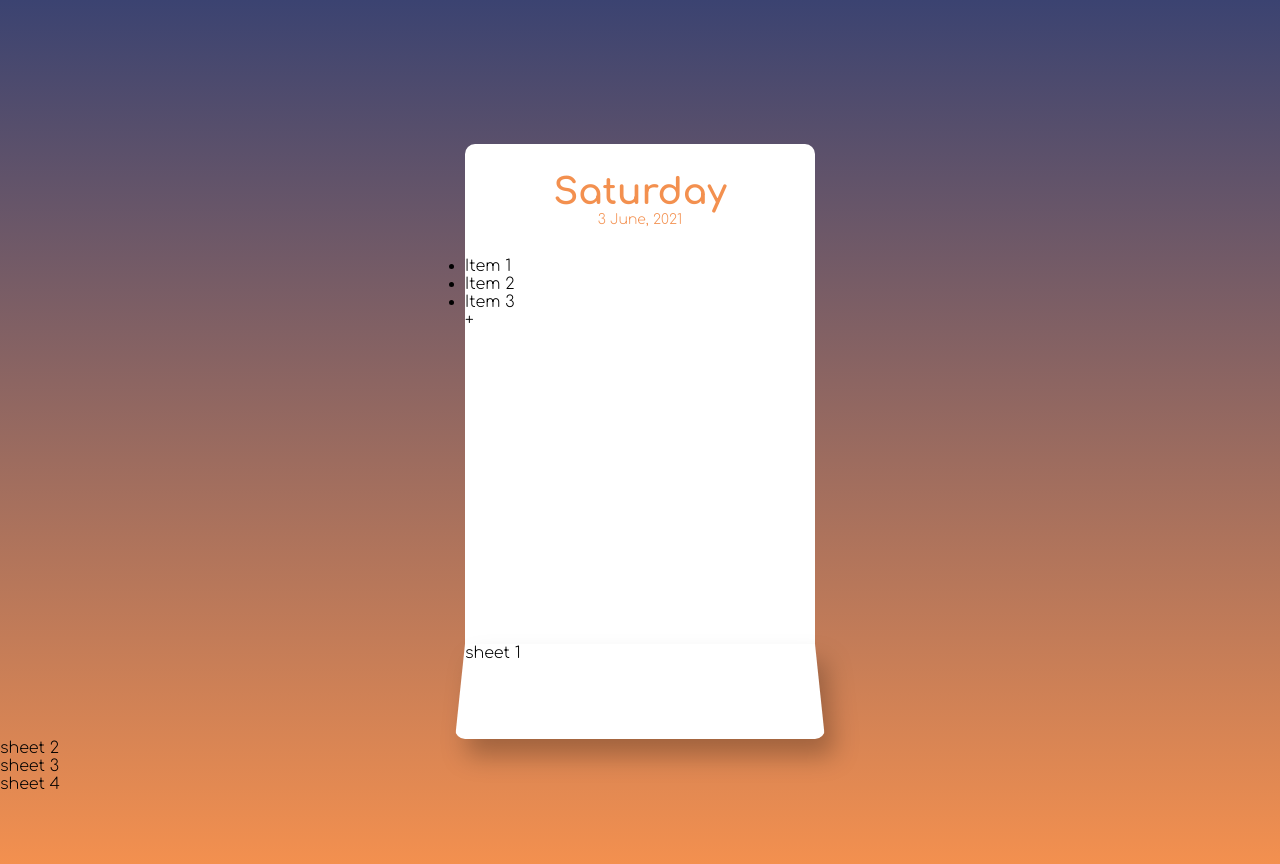
Repository: Colo-Codes/mini-projects
Page: todo-app/index.html
An editor plug-in stored every save of this project. The page is shown before and after the next save, followed by the edit.
The browser window is 1280 px wide. The pictures show the whole page.

Above is the page before, as saved 2021-07-04 11:39:58.

### todo-app/index.html
<!DOCTYPE html>
<html lang="en">
    <head>
        <meta charset="UTF-8" />
        <meta http-equiv="X-UA-Compatible" content="IE=edge" />
        <meta name="viewport" content="width=device-width, initial-scale=1.0" />
        <link rel="stylesheet" href="./css/index.css" />
        <title>Mini-Project - ToDo app</title>
    </head>
    <body>
        <div class="changing-background">
            <main class="todo">
                <section id="todo--header">
                    <header>Saturday</header>
                    <p>3 June, 2021</p>
                </section>
                <section id="todo--tasks-list">
                    <ul>
                        <li class="todo--tasks-list--item">Item 1</li>
                        <li class="todo--tasks-list--item">Item 2</li>
                        <li class="todo--tasks-list--item">Item 3</li>
                    </ul>
                </section>
                <section id="todo--footer">
                    <p>+</p>
                </section>
            </main>
            <div id="sheet-1-3d">sheet 1</div>
            <div id="sheet-2-3d">sheet 2</div>
            <div id="sheet-3-3d">sheet 3</div>
            <div id="sheet-4-3d">sheet 4</div>
        </div>
    </body>
</html>

### todo-app/css/index.css
@import url('https://fonts.googleapis.com/css2?family=Comfortaa:wght@300;700&display=swap');

/* Initial reset */

html {
    box-sizing: border-box;
    font-size: 16px;
}

*,
*:before,
*:after {
    box-sizing: inherit;
    margin: 0;
    padding: 0;
    /*outline: 1px dashed blue; /* Debugging purposes */
}

body {
    font-family: 'Comfortaa', cursive;
    background: #f3904f; /* fallback for old browsers */
    background: -webkit-linear-gradient(
        to bottom,
        #3b4371,
        #f3904f
    ); /* Chrome 10-25, Safari 5.1-6 */
    background: linear-gradient(
        to bottom,
        #3b4371,
        #f3904f
    ); /* W3C, IE 10+/ Edge, Firefox 16+, Chrome 26+, Opera 12+, Safari 7+ */
    background-repeat: no-repeat;
    background-size: cover;
    height: 100vh;
}

.todo {
    margin: auto;
    margin-top: 20vh;
    width: 350px;
    height: 500px;
    background-color: white;
    border-radius: 10px 10px 0 0;
}

#sheet-1-3d {
    width: 370px;
    height: 95px;
    margin: auto;
    border-radius: 0 0 10px 10px;
    /* trapezoidal shape */
    border-bottom: 95px solid white;
    border-left: 10px solid transparent;
    border-right: 10px solid transparent;
    /* height: 0; */
    /* width: 100px; */
    filter: drop-shadow(10px 17px 12px rgba(0, 0, 0, 0.25));
}
#sheet-1-3d::after {
    box-shadow: ;
    color: tomato;
    width: 370px;
    height: 95px;
    margin: auto;
    border-radius: 0 0 10px 10px;
    z-index: 10;
}

#todo--header header {
    padding-top: 1.75rem;
    font-size: 2.25rem;
    font-weight: 700;
    text-align: center;
    color: #f3904f;
}

#todo--header p {
    font-size: 0.875rem;
    text-align: center;
    color: #f3904f;
}

#todo--tasks-list {
    margin-top: 1.875rem;
}

After the next save:
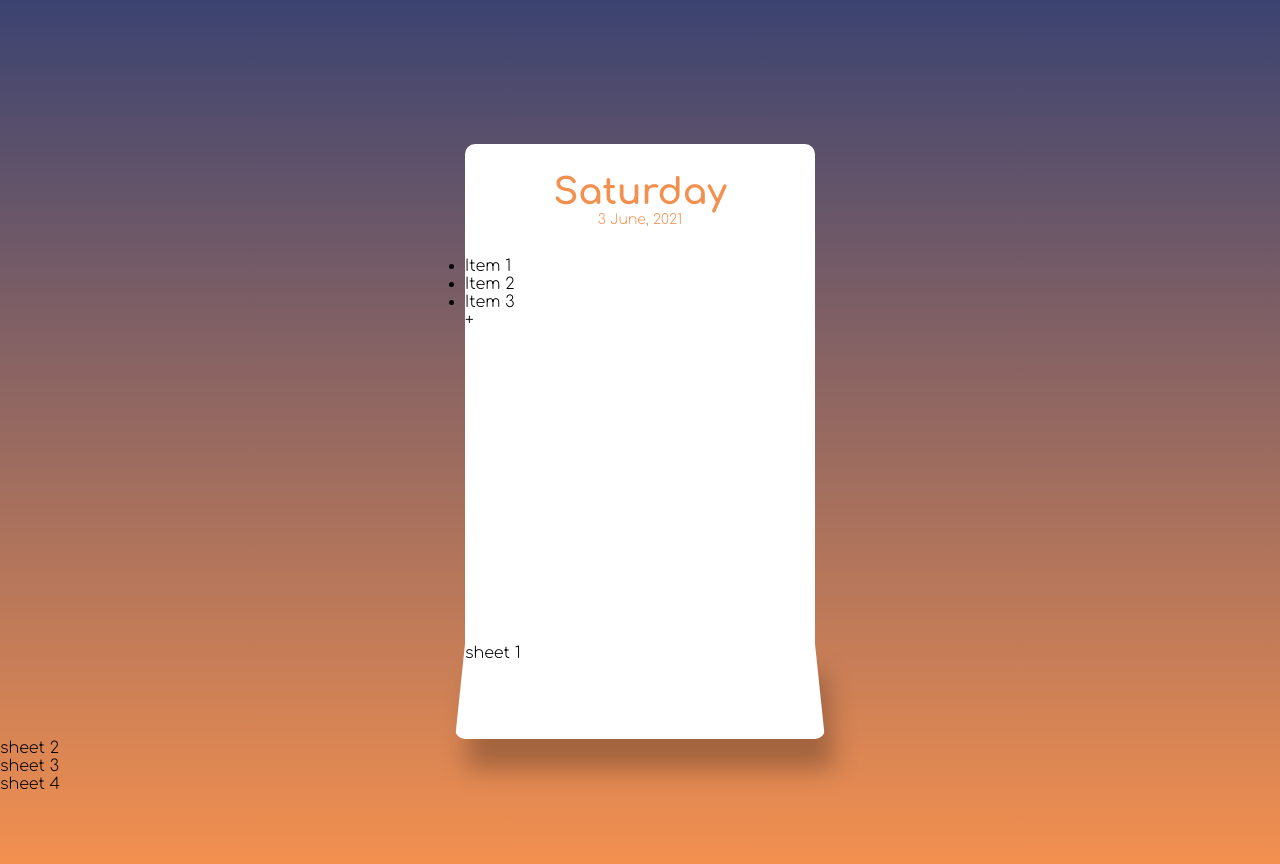
Saved 6 s later.
--- a/todo-app/css/index.css
+++ b/todo-app/css/index.css
@@ -54,7 +54,7 @@ body {
     border-right: 10px solid transparent;
     /* height: 0; */
     /* width: 100px; */
-    filter: drop-shadow(10px 17px 12px rgba(0, 0, 0, 0.25));
+    filter: drop-shadow(10px 30px 12px rgba(0, 0, 0, 0.25));
 }
 #sheet-1-3d::after {
     box-shadow: ;
